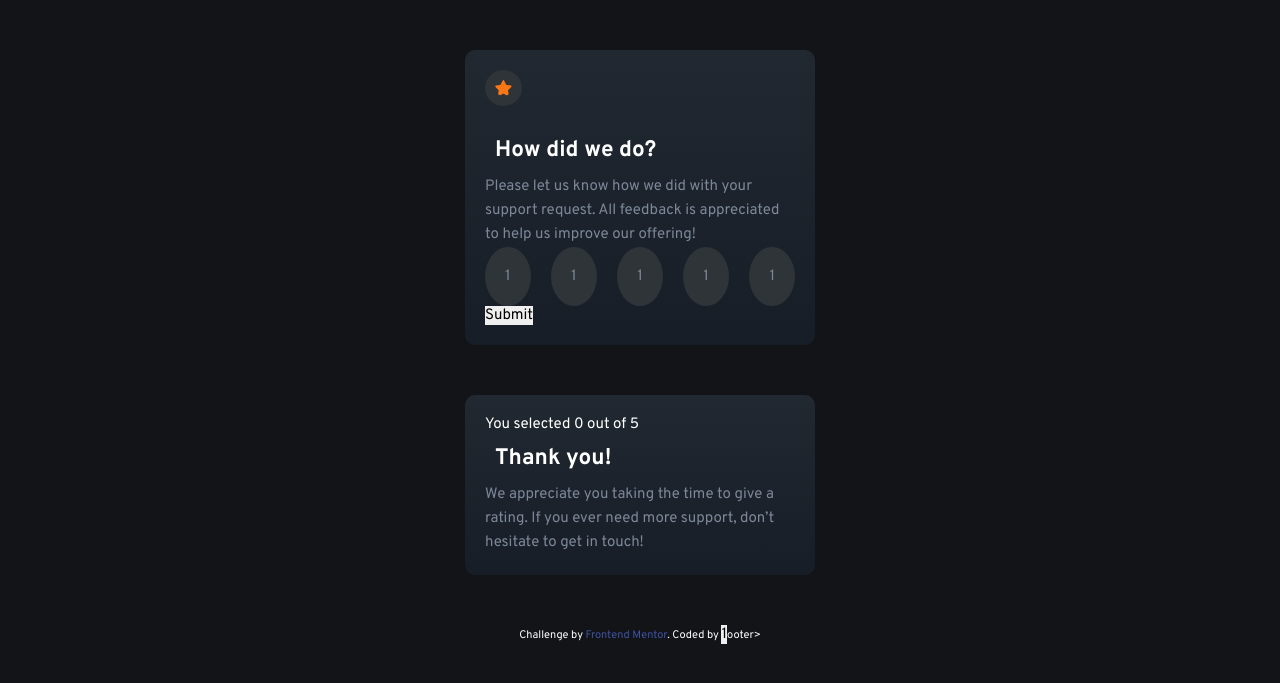
Repository: huynhnhutanhduy/interactive-rating-component
Page: index.html
The author's editor kept a copy of each file at every save. The page is drawn from the files as they stood at one save, then again after the next save.
The browser window is 1280 px wide. The pictures show the whole page.

Above is the page before, as saved 2022-10-19 10:25:53.

### index.html
<!DOCTYPE html>
<html lang="en">
  <head>
    <meta charset="UTF-8" />
    <meta name="viewport" content="width=device-width, initial-scale=1.0" />
    <!-- displays site properly based on user's device -->
    <link rel="icon" type="image/png" sizes="32x32" href="./images/favicon-32x32.png" />
    <title>Frontend Mentor | Interactive rating component</title>
    <link rel="preconnect" href="https://fonts.googleapis.com" />
    <link rel="preconnect" href="https://fonts.gstatic.com" crossorigin />
    <link
      href="https://fonts.googleapis.com/css2?family=Overpass:wght@400;700&display=swap"
      rel="stylesheet"
    />
    <link rel="stylesheet" href="./app.css" />
  </head>
  <body>
    <main>
      <!-- Rating state start -->
      <article class="rating-container">
        <img src="./images/icon-star.svg" alt="icon-star" class="rating-star" />
        <h2 class="rating-title">How did we do?</h2>
        <p class="rating-desc">
          Please let us know how we did with your support request. All feedback is appreciated
          to help us improve our offering!
        </p>
        <ul class="rating-list">
          <li><button class="rating-item">1</button></li>
          <li><button class="rating-item">1</button></li>
          <li><button class="rating-item">1</button></li>
          <li><button class="rating-item">1</button></li>
          <li><button class="rating-item">1</button></li>
        </ul>
        <button type="submit" class="rating-btn">Submit</button>
      </article>
      <!-- Rating state end -->

      <!-- Thank you state start -->
      <article class="rating-container">
        <p class="rating-result">You selected <span>0</span> out of 5</p>
        <!-- Add rating here -->
        <h2 class="rating-title">Thank you!</h2>
        <p class="rating-desc">
          We appreciate you taking the time to give a rating. If you ever need more support,
          don’t hesitate to get in touch!
        </p>
        <!-- Thank you state end -->
      </article>
    </main>

    <footer class="attribution">
      Challenge by
      <a href="https://www.frontendmentor.io?ref=challenge" target="_blank">Frontend Mentor</a
      >. Coded by <button class="btn">1</button>ooter>

    <script src="./app.js"></script>
  </body>
</html>

### app.css
:root {
  --primary: hsl(25, 97%, 53%);
  --white: hsl(0, 0%, 100%);
  --light-grey: hsl(217, 12%, 63%);
  --medium-grey: hsl(216, 12%, 54%);
  --dark-blue: hsl(213, 19%, 18%);
  --very-dark-blue: hsl(216, 12%, 8%);
}
* {
  margin: 0;
  padding: 0;
  border: 0;
}
*,
*::before,
*::after,
html {
  box-sizing: border-box;
}
html {
  font-size: 62.5%;
}
body {
  font-size: 1.5rem;
  font-family: "Overpass", sans-serif;
  font-weight: normal;
  background-color: var(--very-dark-blue);
  color: var(--white);
}
a {
  text-decoration: none;
}
img {
  display: block;
  max-width: 100%;
}
button {
  outline: none;
  font-size: 1.5rem;
  font-family: "Overpass", sans-serif;
  font-weight: 400;
  cursor: pointer;
}

.attribution {
  font-size: 11px;
  text-align: center;
}
.attribution a {
  color: hsl(228, 45%, 44%);
}

.rating-container {
  max-width: 35rem;
  background-image: linear-gradient(to top, hsl(214, 26%, 12%), hsl(212, 20%, 16%));
  color: var(--white);
  padding: 2rem;
  border-radius: 1rem;
  margin: 5rem auto;
}
.rating-star {
  background-color: hsl(205, 10%, 20%);
  margin-bottom: 3rem;
  border-radius: 50%;
  padding: 1rem;
}
.rating-title {
  margin: 1rem;
}
.rating-desc,
.rating-item {
  color: var(--medium-grey);
}
.rating-desc {
  line-height: 1.6;
}
.rating-list {
  display: flex;
  justify-content: space-between;
}
.rating-list li {
  list-style: none;
}
.rating-item {
  width: 100%;
  height: 100%;
  border-radius: 50%;
  padding: 2rem;
  background-color: hsl(205, 10%, 20%);
}

Loaded but not shown: app.js (no stored copy; drawn as an empty file)

After the next save:
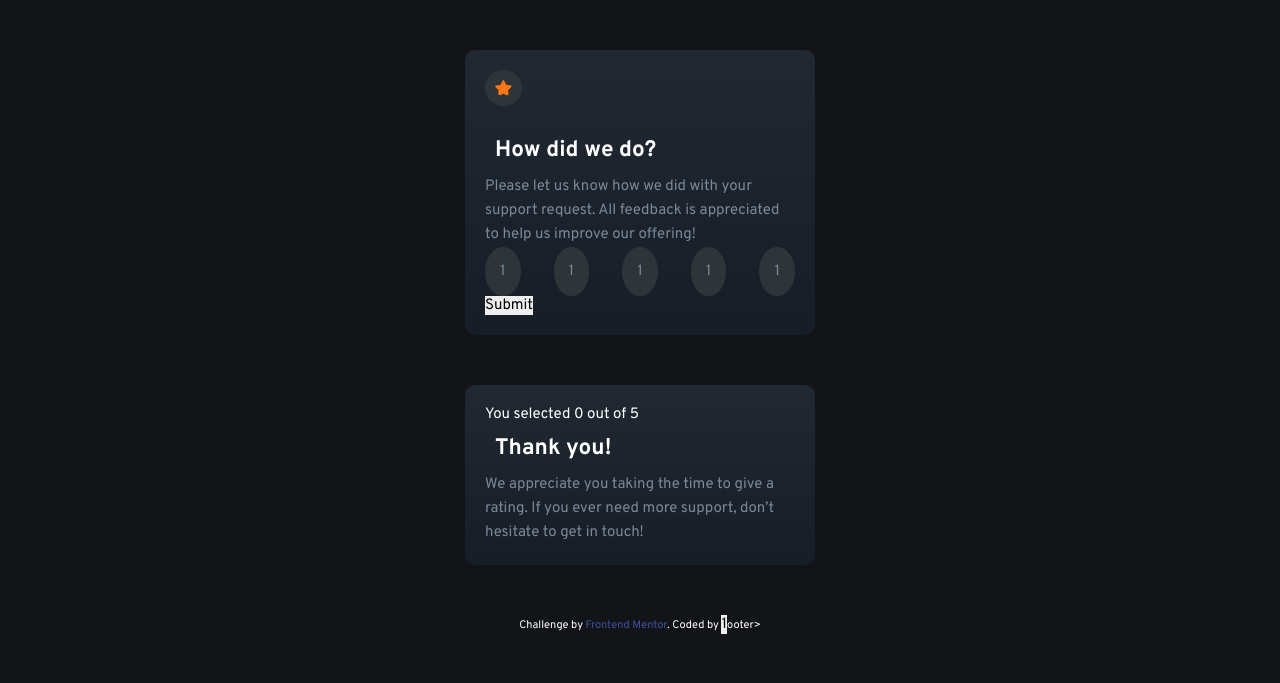
Saved 4 s later.
--- a/app.css
+++ b/app.css
@@ -85,6 +85,6 @@ button {
   width: 100%;
   height: 100%;
   border-radius: 50%;
-  padding: 2rem;
+  padding: 1.5rem;
   background-color: hsl(205, 10%, 20%);
 }
